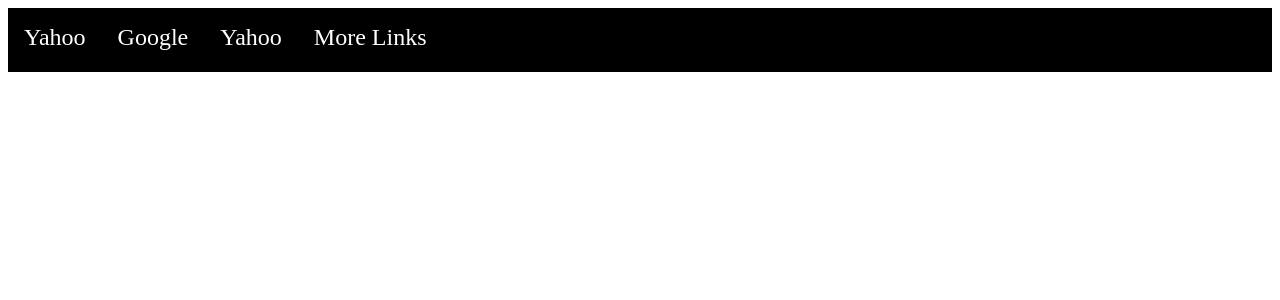
Repository: VidalLopez/VidalLopez.github.io
Page: index.html
The author's editor kept a record of every edit. The page is drawn from the files as they stood at one moment, then again after the next edit.
The browser window is 1280 px wide. The pictures show the whole page.

Above is the page before.

After the next edit:
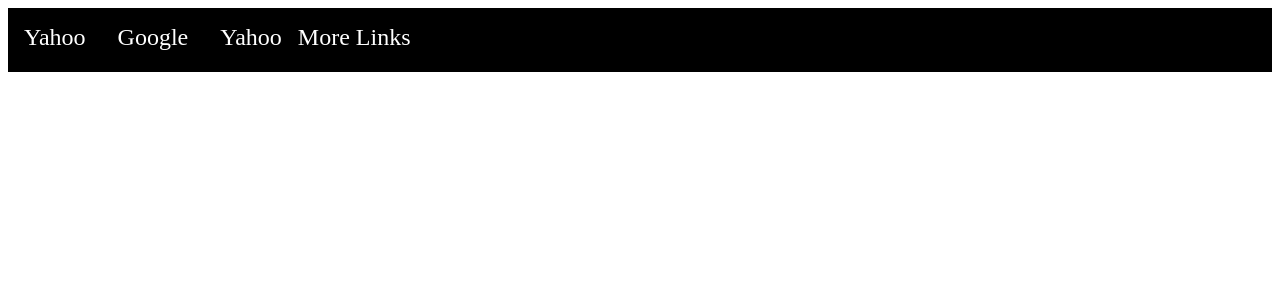
The edit:
--- a/index.html
+++ b/index.html
@@ -11,7 +11,7 @@
         height: 64px;
       }
 
-      .navbar a, .morelinks {
+      .navbar a{
         color: white;
         font-size: 24px;
         text-decoration: none;
